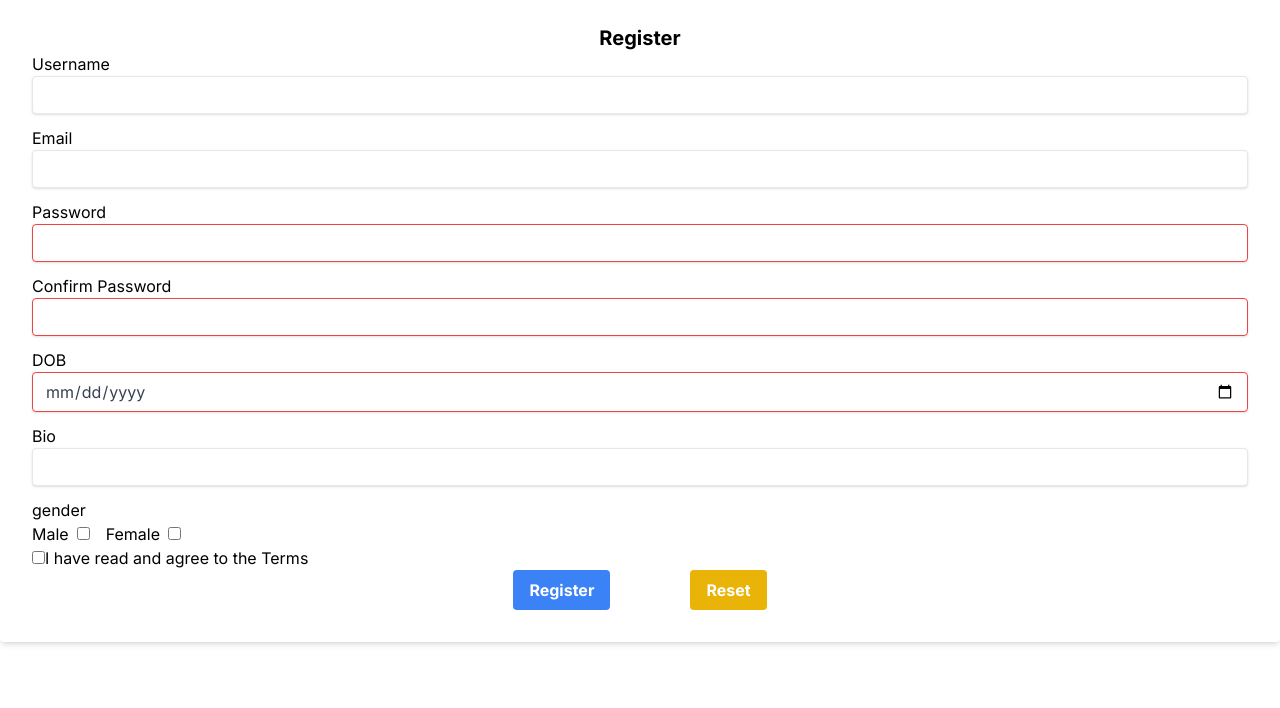
Repository: uh-sman/tiktok-card
Page: /
An editor plug-in stored every save of this project. The page is shown before and after the next save, followed by the edit.
The browser window is 1280 px wide. The pictures show the whole page.
The project was rebuilt for these pictures with package versions that can differ from the ones it lists, and the page was loaded fresh each time. The framework's server and built-in components were replaced by stand-ins that run in the browser. Also part of the build but not shown: next.config.js.

Above is the page before, as saved 2023-12-19 14:40:13.

After the next save:
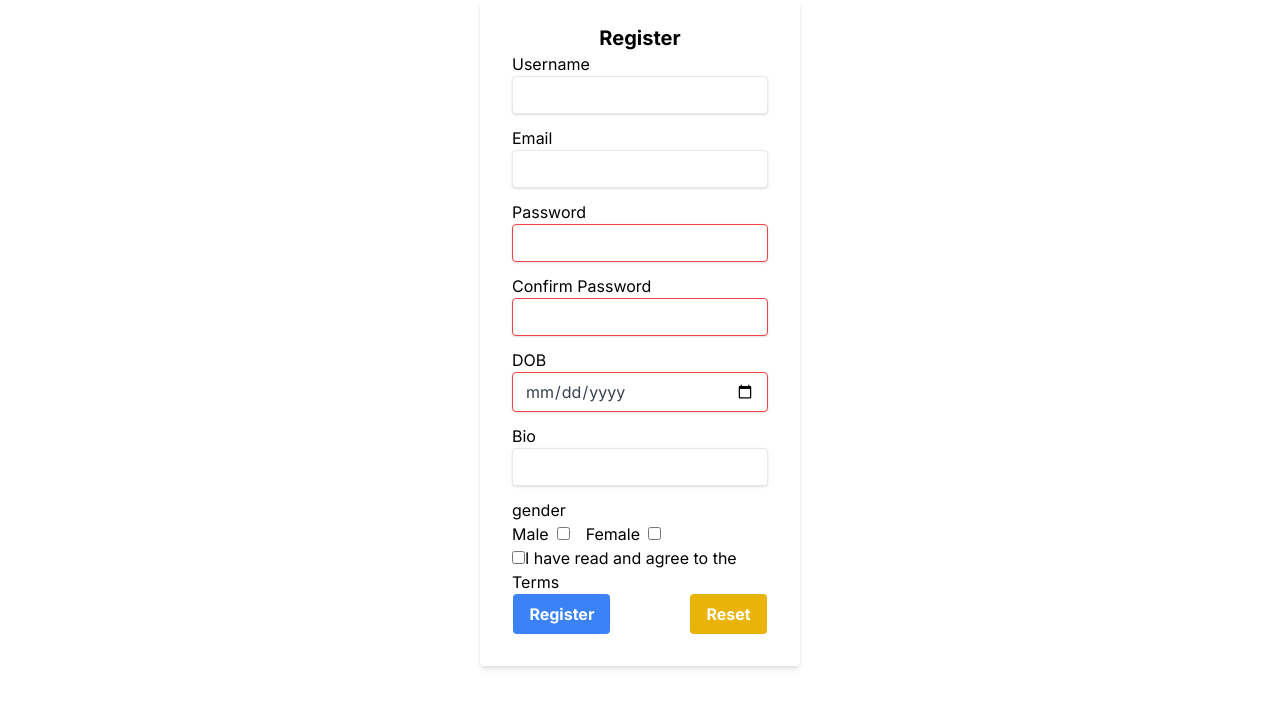
Saved 18 s later.
--- a/app/components/AuthForm.tsx
+++ b/app/components/AuthForm.tsx
@@ -20,7 +20,7 @@ const AuthForm: React.FC = () => {
         console.log(data)
     }
     return (
-        <div className="w-full max-w-xxl">
+        <div className="w-full max-w-xs">
         <form className="bg-white shadow-md rounded px-8 pt-6 pb-8 mb-4" onSubmit={handleSubmit(onSubmit)}>
         <h2 className="font-bold text-xl text-center">Register</h2>
           <div className="flex flex-col">
